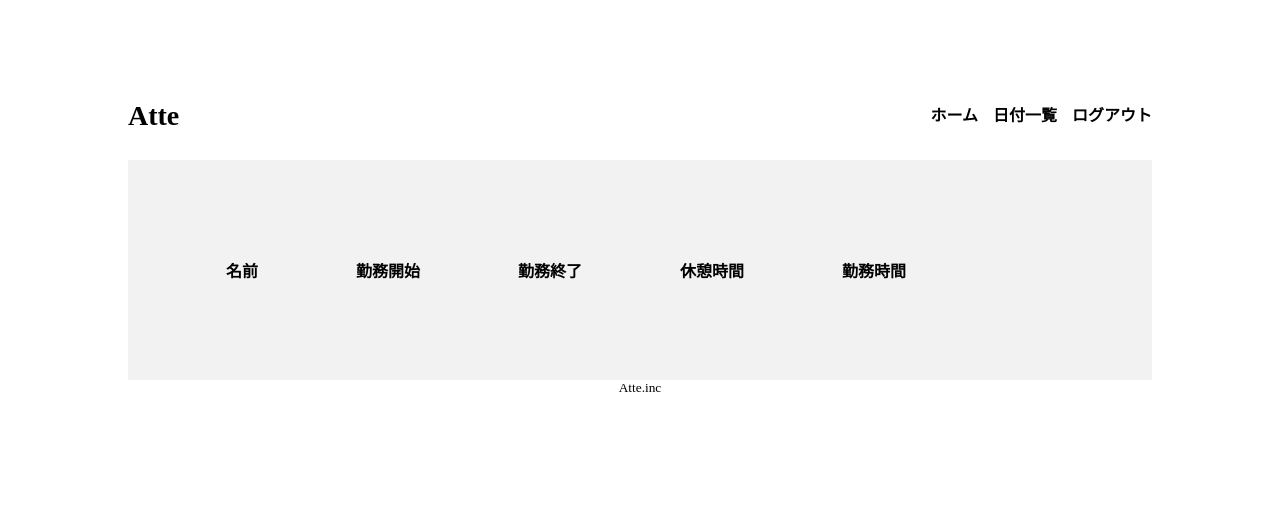
Repository: akihirofukyama/advanceapp_Nuxt
Page: /date
The author's editor kept a copy of each file at every save. The page is drawn from the files as they stood at one save, then again after a run of saves.
The browser window is 1280 px wide. The pictures show the whole page.
The project was rebuilt for these pictures with package versions that can differ from the ones it lists, and the page was loaded fresh each time. The framework's server and built-in components were replaced by stand-ins that run in the browser. Also part of the build but not shown: nuxt.config.js, components/NuxtLogo.vue, components/Tutorial.vue.

Above is the page before, as saved 2022-02-13 15:20:23.

After the next 2 saves:
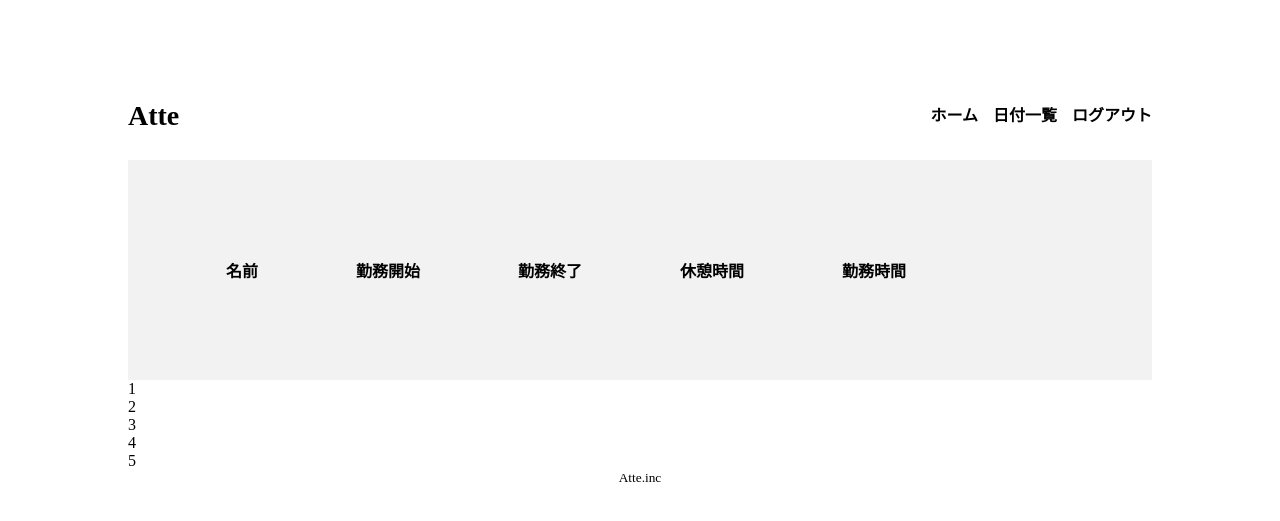
The 2 saves are shown as one change because they came seconds apart.
The last was saved 6 min 2 s later.
--- a/pages/date.vue
+++ b/pages/date.vue
@@ -22,10 +22,13 @@
         </table>
       </div>
 
-      <div class="paginate">
-
-      </div>
-
+ <div class="page">
+   <ul>
+     <li v-for="n in 5">
+       {{ n }}
+     </li>
+   </ul>
+ </div>
       <small class="small">Atte.inc</small>
 
 
